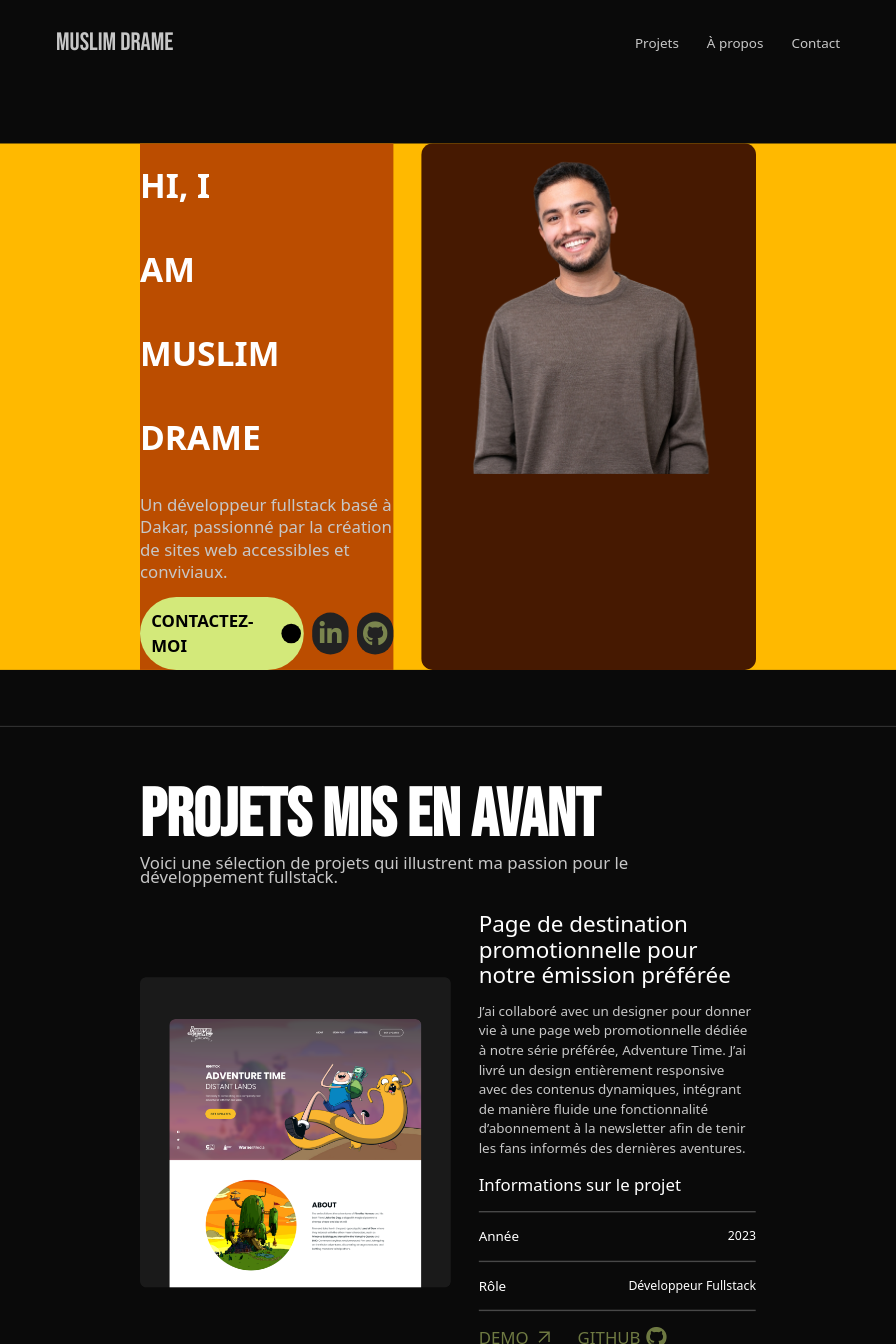
Repository: muslimdrame37-oss/Portfolio1
Page: src/index.html
An editor plug-in stored every save of this project. The page is shown before and after a run of saves, followed by the edit.
The browser window is 1280 px wide. The pictures show the part of the page from y = 0 to 1920 px (the page is 4845 px tall before and 4661 px after), at 70% of full size.
Some web fonts or font styles are not loaded; a fallback is used. Some web libraries are served in a nearby version.

Above is the page before, as saved 2026-02-11 18:48:48.

After the next 3 saves:
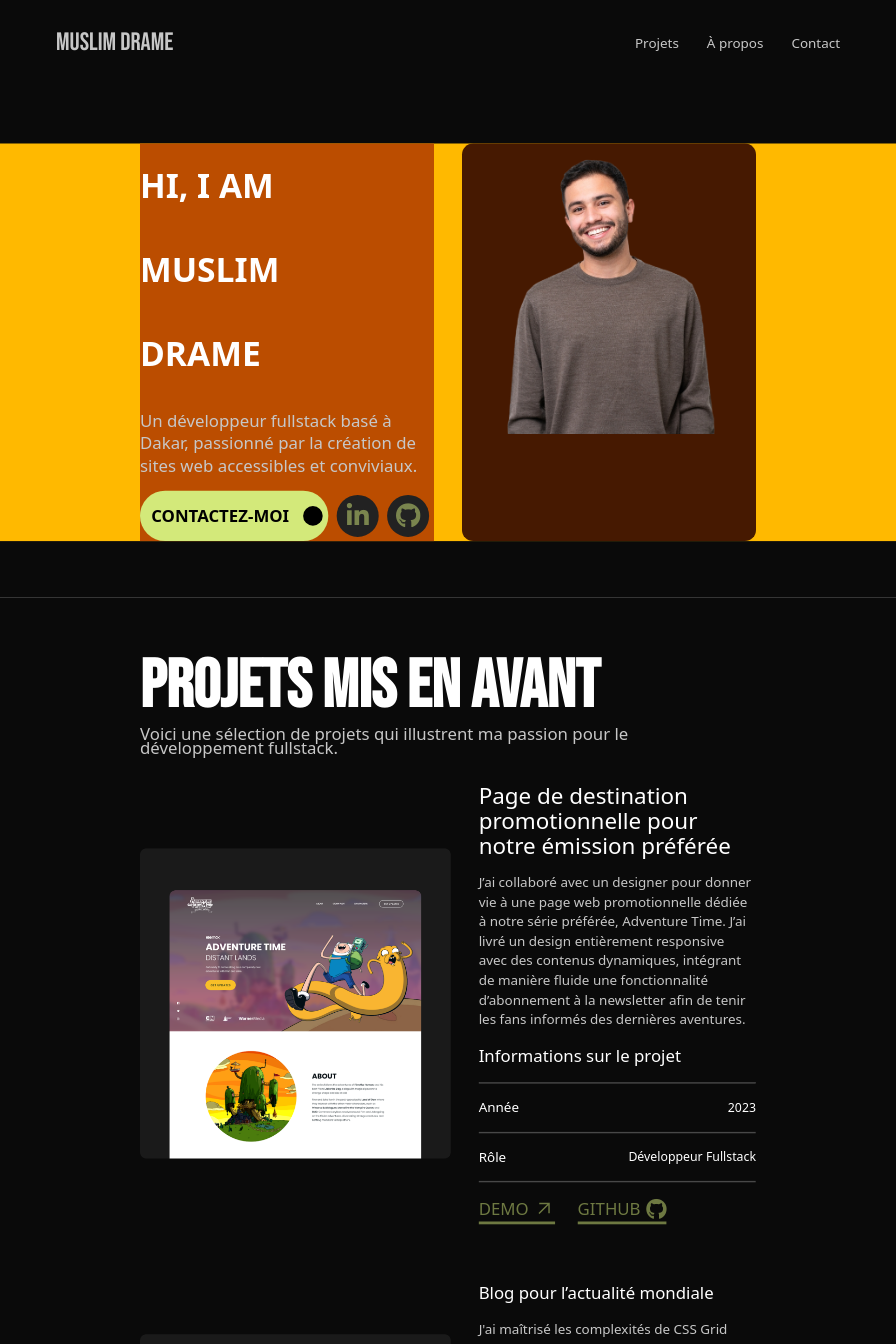
The 3 saves are shown as one change because they came seconds apart.
The last was saved 30 s later.
--- a/src/index.html
+++ b/src/index.html
@@ -72,7 +72,7 @@
             </div>
 
             <!-- Image hero -->
-            <div class="bg-[#C7C7C7] rounded-2xl overflow-hidden bg-amber-950">
+            <div class="bg-[#C7C7C7] rounded-2xl overflow-hidden bg-amber-950 lg:w-1/2">
                 <img src="image/image1.png" alt="Portrait de Muslim Drame" width="880" class="w-full h-auto">
             </div>
         </section>
